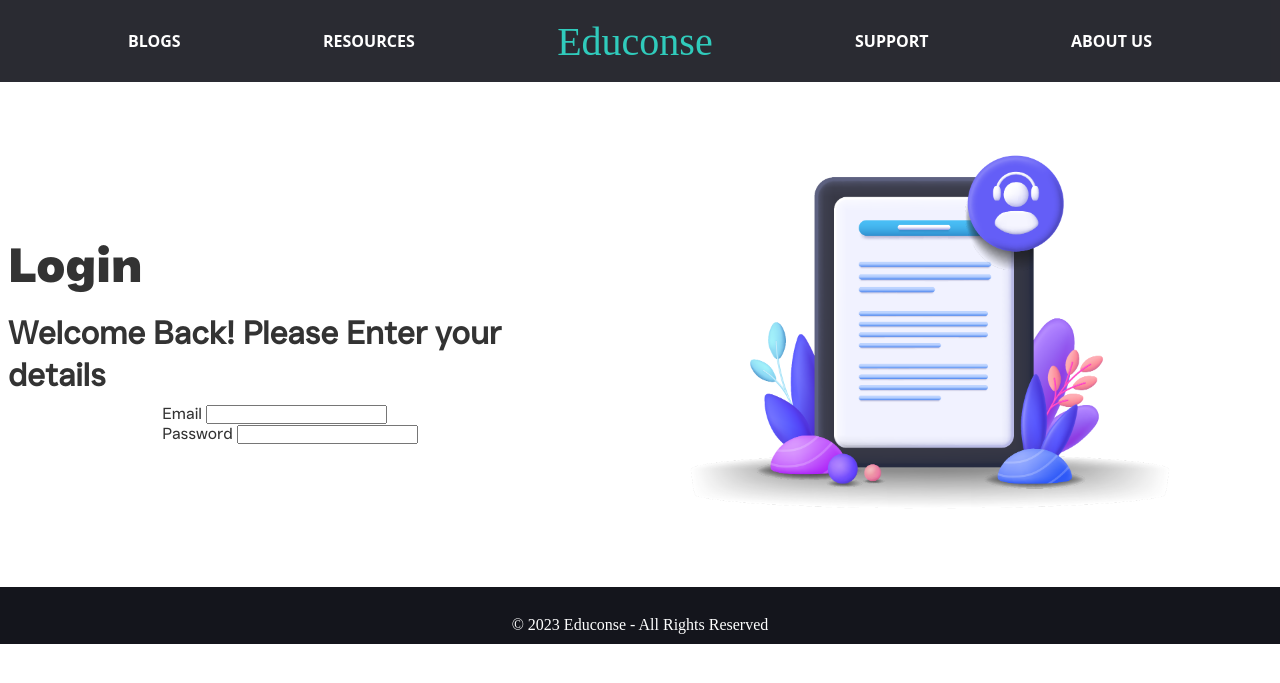
Repository: devajay07/educonse
Page: pages/login.html
The author's editor kept a copy of each file at every save. The page is drawn from the files as they stood at one save, then again after the next save.
The browser window is 1280 px wide. The pictures show the whole page.

Above is the page before, as saved 2023-10-15 02:14:14.

### pages/login.html
<!DOCTYPE html>
<html lang="en">

<head>
  <meta charset="UTF-8" />
  <meta name="viewport" content="width=device-width, initial-scale=1.0" />
  <title>Document</title>

  <script src="https://code.jquery.com/jquery-3.7.0.js"></script>
  <link rel="stylesheet" href="/css/header.css" />
  <link rel="stylesheet" href="/css/login.css" />
</head>

<body>
  <header id="header"></header>
  <main>
    <div class="login-panel">
      <div class="left-section">
        <div class="top">
          <h1 class="heading">Login</h1>
          <h2 class="sub-heading">Welcome Back! Please Enter your details</h2>
        </div>
        <div class="input">
          <div class="email">
            <label for="email-input">Email</label>
            <input type="email" name="email-input" id="email-input" />
          </div>
          <div class="password">
            <label for="password-input">Password</label>
            <input type="email" id="password-input">

          </div>
        </div>

      </div>
      <div class="right-section">

        <img src="/images/login1.png" alt="Login Image" id="login-img">
      </div>
    </div>
  </main>
  <footer>
    <div class="footer-2">&copy; 2023 Educonse - All Rights Reserved</div>
  </footer>
  <script>
    $(document).ready(function () {
      $("#header").load("/pages/header.html");
    });
  </script>
</body>

</html>

### css/header.css
@import url("https://cdnjs.cloudflare.com/ajax/libs/font-awesome/6.4.2/css/all.min.css");
* {
  padding: 0;
  margin: 0;
  box-sizing: border-box;
}
@font-face {
  font-family: "brand-bold";
  src: url("/fonts/brand-bold.otf") format("opentype");
  font-weight: normal;
  font-style: normal;
}
@font-face {
  font-family: "brand-reg";
  src: url("/fonts/brand-regular.otf") format("opentype");
  font-weight: normal;
  font-style: normal;
}

:root {
  --brand-color: hsla(291, 60%, 34%, 1);
  --hookers-green: hsla(174, 17%, 46%, 1);
  --white: hsla(0, 0%, 100%, 1);
  --poppy: hsla(356, 74%, 52%, 1);
  --black: hsla(60, 1%, 14%, 1);
  --beige: #f5f5dc;

  --brand-bold: "brand-bold", sans-serif;
  --brand-reg: "brand-reg", sans-serif;
  --universal-margin: 1rem 8rem;
  --section-margin: 1rem;
  --footer-bg: rgb(20, 21, 28);
}

body {
  background-color: white;
  color: #333; /* A light version of black */
}

.nav-container {
  display: flex;
  align-items: center;
  justify-content: space-between;
  width: 100%;
  margin: var(--universal-margin);
  height: 50px;
}
.nav-container .nav-item {
  font-family: system-ui, -apple-system, BlinkMacSystemFont, "Segoe UI", Roboto,
    Oxygen, Ubuntu, Cantarell, "Open Sans", "Helvetica Neue", sans-serif;
  color: var(--white);
  font-weight: bolder;
}

nav {
  display: flex;
  justify-content: space-between;
  align-items: center;
  background-color: var(--footer-bg);
  opacity: 0.9;
  color: white;
}

nav .brand {
  font-size: 40px;
  color: var(--brand-color);
  font-family: var(--brand-font);
}

nav a {
  text-decoration: none;
  color: white;
}

footer {
  display: flex;
  flex-direction: column;
}
.footer-1 {
  display: flex;
  justify-content: space-evenly;
}
.footer-1 .customer-service > div {
  padding: 0.2rem;
}
.footer-1 h1 {
  font-size: 1.2rem;
  font-family: var(--brand-font);
  margin-bottom: 0.5rem;
}
.footer-1 p {
  font-size: 0.8rem;
  opacity: 0.6;
  color: #f0e8e8;
  padding: 0.3rem;
  font-family: var(--brand-reg);
}
.footer-1 .heading{
  padding-bottom: 1rem;
  font-family: var(--brand-bold);
}


.footer-1 span {
  font-size: 0.8rem;
  margin: 0.4rem;
}

.footer-1 a {
  color: #f0f0ea;
  text-decoration: none;
}
.footer-1 .reach-us {
  display: flex;
  align-items: center;
  flex-direction: column;
}

.reach-us iframe{
  border-radius: 8px;
}

.footer-2{
  padding-top: 1.2rem;
}

.text {
  color: white;
  font-size: 20px;
  position: absolute;
  top: 50%;
  left: 50%;
  transform: translate(-50%, -50%);
  -ms-transform: translate(-50%, -50%);
  white-space: nowrap;
}

@charset "UTF-8";

.svg-inline--fa {
  vertical-align: -0.2em;
}

.rounded-social-buttons {
  text-align: center;
}

.rounded-social-buttons .social-button {
  display: inline-block;
  position: relative;
  cursor: pointer;
  width: 3.125rem;
  height: 3.125rem;
  border: 0.125rem solid transparent;
  padding: 0;
  text-decoration: none;
  text-align: center;
  color: #fefefe;
  font-size: 1.5625rem;
  font-weight: normal;
  line-height: 2em;
  border-radius: 1.6875rem;
  transition: all 0.5s ease;
  margin-right: 0.25rem;
  margin-bottom: 0.25rem;
}

.rounded-social-buttons .social-button:hover,
.rounded-social-buttons .social-button:focus {
  -webkit-transform: rotate(360deg);
  -ms-transform: rotate(360deg);
  transform: rotate(360deg);
}

.rounded-social-buttons .fa-twitter,
.fa-facebook-f,
.fa-linkedin,
.fa-youtube,
.fa-instagram {
  font-size: 25px;
}

.rounded-social-buttons .social-button.facebook {
  background: #3b5998;
}

.rounded-social-buttons .social-button.facebook:hover,
.rounded-social-buttons .social-button.facebook:focus {
  color: #3b5998;
  background: #fefefe;
  border-color: #3b5998;
}

.rounded-social-buttons .social-button.twitter {
  background: #55acee;
}

.rounded-social-buttons .social-button.twitter:hover,
.rounded-social-buttons .social-button.twitter:focus {
  color: #55acee;
  background: #fefefe;
  border-color: #55acee;
}

.rounded-social-buttons .social-button.linkedin {
  background: #007bb5;
}

.rounded-social-buttons .social-button.linkedin:hover,
.rounded-social-buttons .social-button.linkedin:focus {
  color: #007bb5;
  background: #fefefe;
  border-color: #007bb5;
}

.rounded-social-buttons .social-button.youtube {
  background: #bb0000;
}

.rounded-social-buttons .social-button.youtube:hover,
.rounded-social-buttons .social-button.youtube:focus {
  color: #bb0000;
  background: #fefefe;
  border-color: #bb0000;
}

.rounded-social-buttons .social-button.instagram {
  background: #125688;
}

.rounded-social-buttons .social-button.instagram:hover,
.rounded-social-buttons .social-button.instagram:focus {
  color: #125688;
  background: #fefefe;
  border-color: #125688;
}

footer {
  background-color: var(--footer-bg);
  color: white;
  text-align: center;
  padding: 10px 0;
}

### css/login.css
@import url("/css/global.css");
main .login-panel{
  display: flex;
  justify-content: center;
  background-color: var(--white);
  font-family: var(--brand-reg);
}

.left-section{
  width: 800px;
  display: flex;
  flex-direction: column;
  justify-content: center;
  align-items:center;
  font-family: var(--brand-reg );

}

.input{
  display: flex;
  flex-direction: column;
  font-family: var(--brand-reg);
}

.heading{
  font-family: var(--brand-bold);
  font-size: 3rem;
  padding: 0.5rem;
}

.sub-heading{
  font-family: var(--brand-reg);
  font-size: 2rem;
  padding: 0.5rem;
}




#login-img{
  width: 700px;
  height:500px;
  object-fit: contain;
}

### css/global.css
@import url("https://cdnjs.cloudflare.com/ajax/libs/font-awesome/6.4.2/css/all.min.css");
* {
  padding: 0;
  margin: 0;
  box-sizing: border-box;
}
@font-face {
  font-family: "brand-bold";
  src: url("/fonts/brand-bold.otf") format("opentype");
  font-weight: normal;
  font-style: normal;
}
@font-face {
  font-family: "brand-reg";
  src: url("/fonts/brand-regular.otf") format("opentype");
  font-weight: normal;
  font-style: normal;
}

:root {
  --brand-color: rgb(26, 198, 181);
  --hookers-green: hsla(174, 17%, 46%, 1);
  --white: hsla(0, 0%, 100%, 1);
  --poppy: hsla(356, 74%, 52%, 1);
  --black: hsla(60, 1%, 14%, 1);
  --beige: #f5f5dc;

  --brand-bold: "brand-bold", sans-serif;
  --brand-reg: "brand-reg", sans-serif;
  --universal-margin: 1rem 8rem;
  --section-margin: 1rem;
  --footer-bg: rgb(20, 21, 28);
}

### pages/header.html
<nav>
  <div class="nav-container">
    <div class="nav-item">BLOGS</div>
    <div class="nav-item">RESOURCES</div>
    <div class="brand">Educonse</div>
    <div class="nav-item">SUPPORT</div>
    <div class="nav-item">ABOUT US</div>
  </div>
</nav>

After the next save:
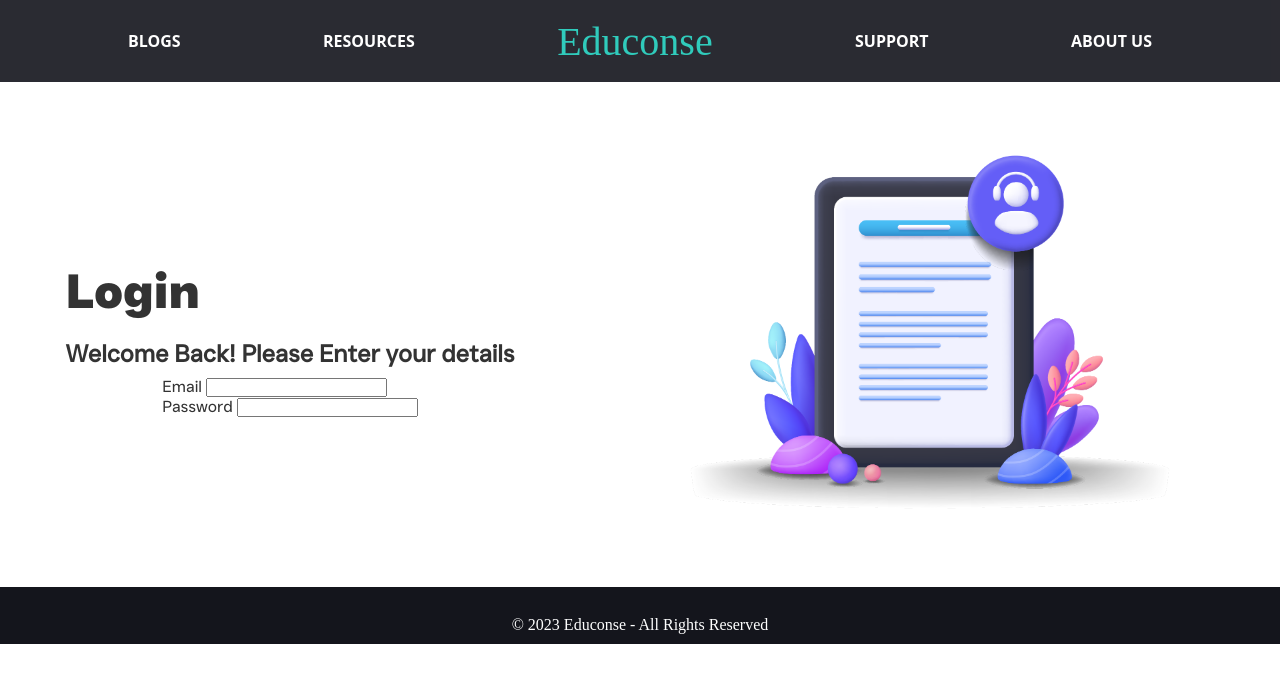
Saved 8 s later.
--- a/css/login.css
+++ b/css/login.css
@@ -30,7 +30,7 @@ main .login-panel{
 
 .sub-heading{
   font-family: var(--brand-reg);
-  font-size: 2rem;
+  font-size: 1.5rem;
   padding: 0.5rem;
 }
 
